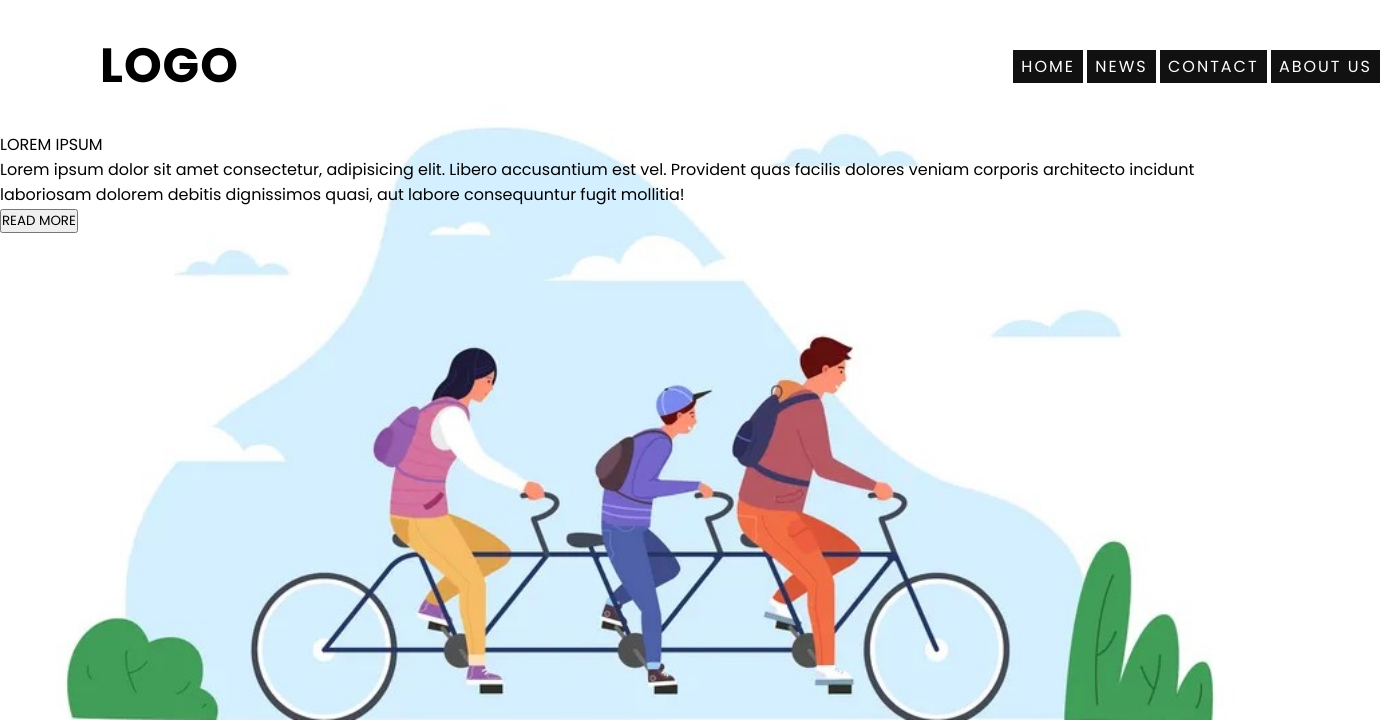
Repository: nganha241/1806
Page: index.html
These files come from the project's save history. The page is drawn as it stood at one moment and after the next save; the edit follows.
The browser window is 1280 px wide. The page is 1380 px wide, so the pictures cover 1380 px, including what lies to the right of the window. The pictures show the whole page.

Above is the page before, as saved 2022-06-18 15:39:14.

### index.html
<!DOCTYPE html>
<html lang="en">
  <head>
    <meta charset="UTF-8" />
    <meta http-equiv="X-UA-Compatible" content="IE=edge" />
    <meta name="viewport" content="width=device-width, initial-scale=1.0" />
    <title>Document</title>
    <link rel="stylesheet" href="style.css" />
  </head>
  <body>
    <section>
      <header>
        <div class="logo">
          <h2>Logo</h2>
        </div>
        <div class="navigation">
          <a href="#">Home</a>
          <a href="#">News</a>
          <a href="#">Contact</a>
          <a href="#">About us</a>
        </div>
      </header>
      <div class="content">
        <div class="title">LOREM IPSUM</div>
        <p>
          Lorem ipsum dolor sit amet consectetur, adipisicing elit. Libero
          accusantium est vel. Provident quas facilis dolores veniam corporis
          architecto incidunt laboriosam dolorem debitis dignissimos quasi, aut
          labore consequuntur fugit mollitia!
        </p>
        <button class="btn-more">READ MORE</button>
      </div>
    </section>
  </body>
</html>

### style.css
@import url('https://fonts.googleapis.com/css2?family=Poppins:wght@300;400;500;600;700;800;900&display=swap');

* {
    box-sizing: border-box;
    padding: 0;
    margin: 0;
    font-family: 'Poppins', sans-serif;
}

a {
    text-decoration: none;
}

section {
    width: 100%;
    min-height: 100vh;
    display: flex;
    flex-direction: column;
    justify-content: flex-start;
    background: url('./bg.jpg');
    background-size: cover;
    background-position: center;
}

section header {
    position: relative;
    top: 0;
    width: 100%;
    margin: 30px 100px;
    display: flex;
    justify-content: space-between;
    align-items: center;
}

.logo {
    position: relative;
    font-size: 32px;
    letter-spacing: 1px;
    cursor: pointer;
    text-transform: uppercase;
}

.navigation a{
   letter-spacing: 2px;
   background: #111;
   padding: 5px 8px;
   text-transform: uppercase;
   color: #fff;
}

After the next save:
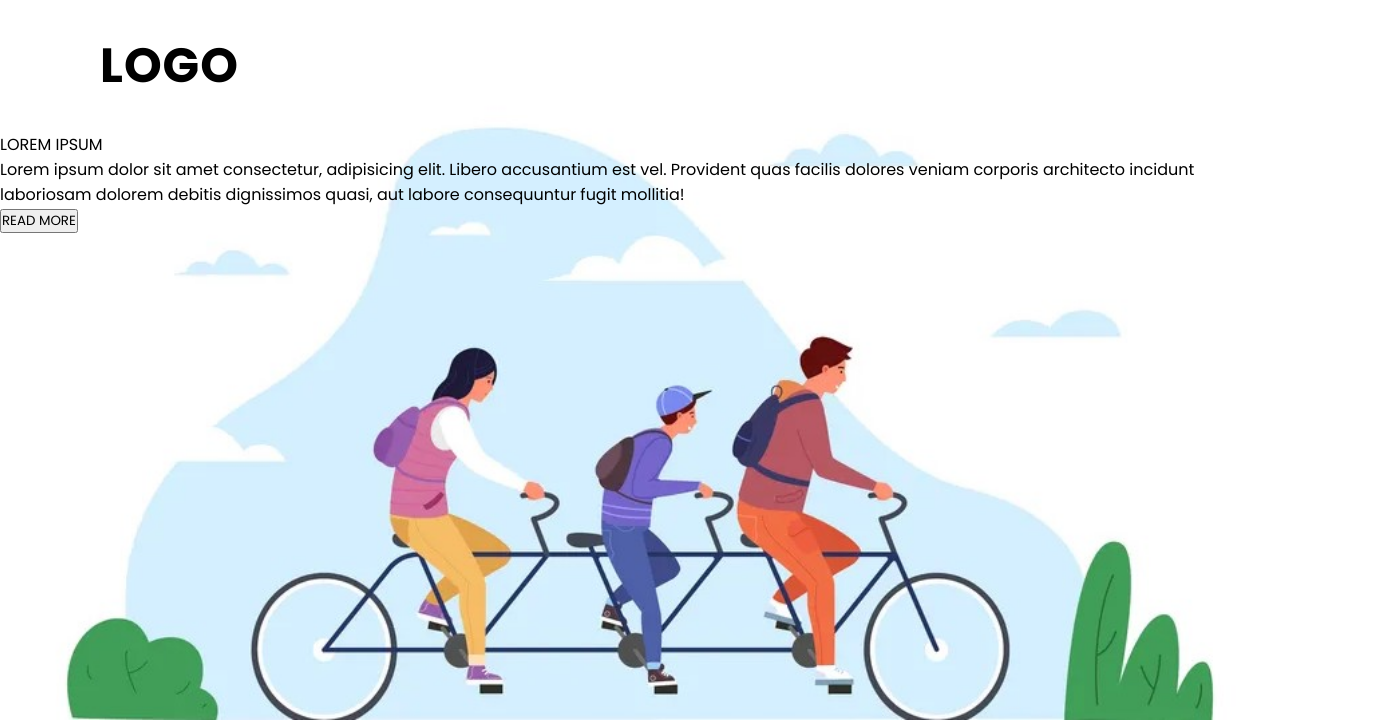
Saved 63 s later.
--- a/style.css
+++ b/style.css
@@ -42,8 +42,12 @@ section header {
 
 .navigation a{
    letter-spacing: 2px;
-   background: #111;
+   background: none;
    padding: 5px 8px;
    text-transform: uppercase;
    color: #fff;
+   transition: 0.4s;
+    transition-property: background;
 }
+
+.navigation a:not()
